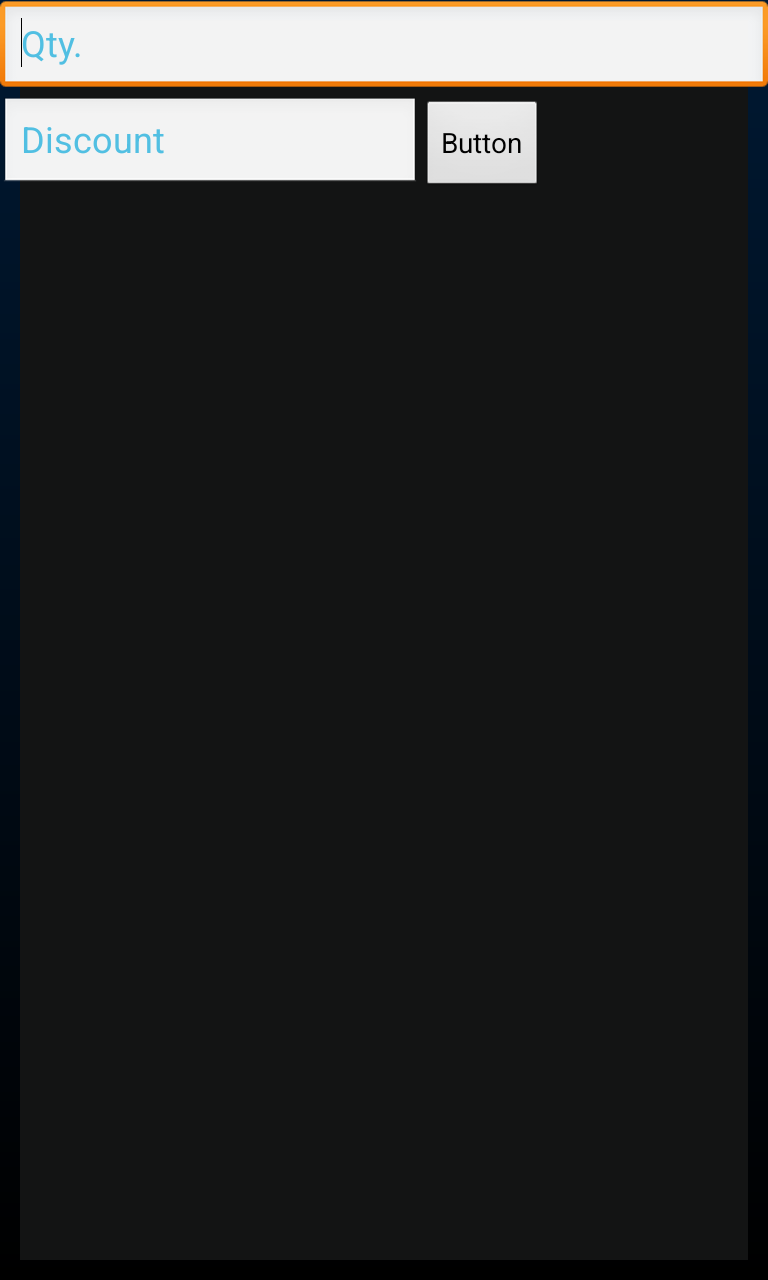
Repository: jasleen1291/B2BMobileApplication
Layout: Mobile E Commerce/B2B/res/layout/simple.xml
These files come from the project's save history. The layout is drawn as it stood at one moment and after the next save; the edit follows.
It is drawn on a 768 x 1280 px phone screen (xhdpi) without system bars, with theme mycustomtheme; the app's code is not run.

Above is the layout before, as saved 2013-05-27 17:05:23.

After the next save:
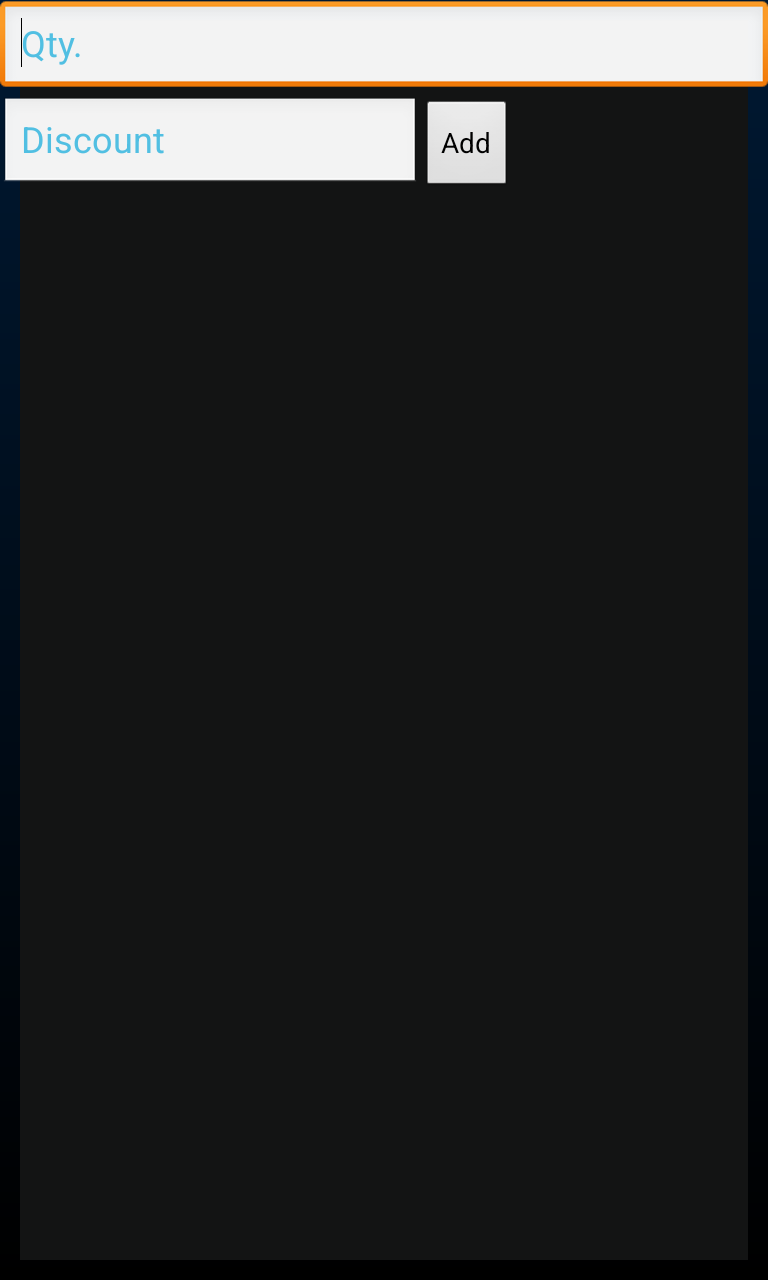
Saved 7 s later.
--- a/Mobile E Commerce/B2B/res/layout/simple.xml
+++ b/Mobile E Commerce/B2B/res/layout/simple.xml
@@ -30,7 +30,7 @@
             android:id="@+id/button1"
             android:layout_width="wrap_content"
             android:layout_height="wrap_content"
-            android:text="Button" />
+            android:text="@string/add" />
 
     </LinearLayout>
 
